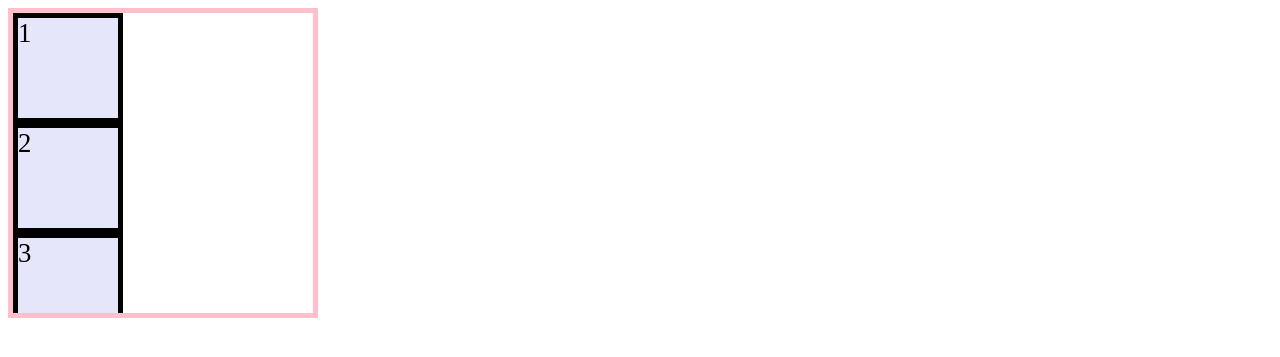
Repository: sangah-park98/jsp-class
Page: k20230508_1_css/src/main/webapp/19_박스모델9.html
An editor plug-in stored every save of this project. The page is shown before and after the next save, followed by the edit.
The browser window is 1280 px wide. The pictures show the whole page.

Above is the page before, as saved 2023-05-09 02:58:33.

### k20230508_1_css/src/main/webapp/19_박스모델9.html
<!DOCTYPE html>
<html>
<head>
<meta charset="UTF-8">
<title>박스 모델 - overflow</title>
<style type="text/css">

	/*
		overflow: 요소의 크기 이상으로 내용(자식 요소)이 넘쳤을 때 보여지는 방식을 제어한다.
			visible: 기본값, 넘친 내용을 부모 외부에 표시한다.
			hidden: 넘친 내용을 표시하지 않는다.
	*/

	.parent {
		width: 300px;
		height: 300px;
		border: 5px solid pink;
		overflow: scroll;

	}

	.child {
		width: 100px;
		height: 100px;
		border: 5px solid black;
		background-color: lavender;
		font-size: 20pt;
	}

</style>
</head>
<body>

<div class="parent">
	<div class="child">1</div>
	<div class="child">2</div>
	<div class="child">3</div>
</div>

</body>
</html>

After the next save:
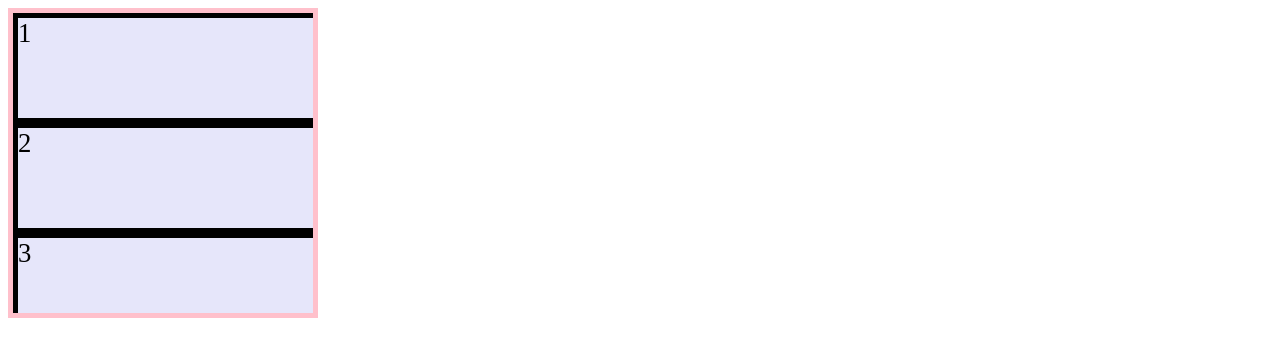
Saved 17 s later.
--- a/k20230508_1_css/src/main/webapp/19_박스모델9.html
+++ b/k20230508_1_css/src/main/webapp/19_박스모델9.html
@@ -20,7 +20,7 @@
 	}
 
 	.child {
-		width: 100px;
+		width: 400px;
 		height: 100px;
 		border: 5px solid black;
 		background-color: lavender;
